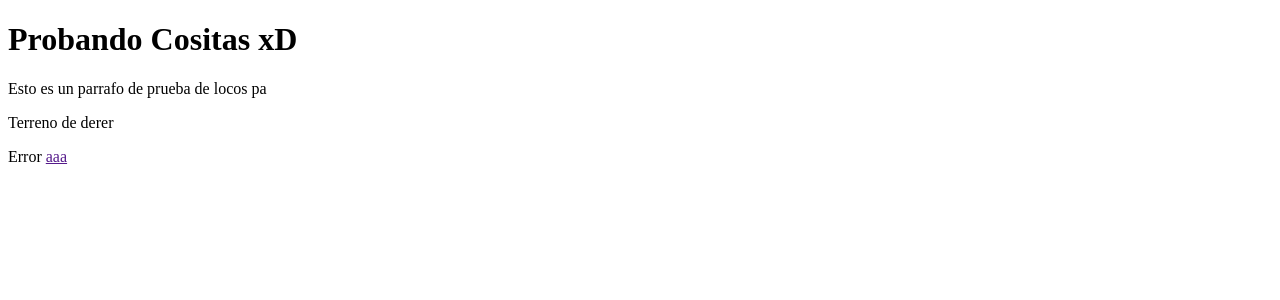
Repository: eschala/Innovadores-Adl_Sep2023
Page: React/react.html
These files come from the project's save history. The page is drawn as it stood at one moment and after a run of saves; the edit follows.
The browser window is 1280 px wide. The pictures show the whole page.

Above is the page before, as saved 2023-12-06 17:32:10.

After the next 3 saves:
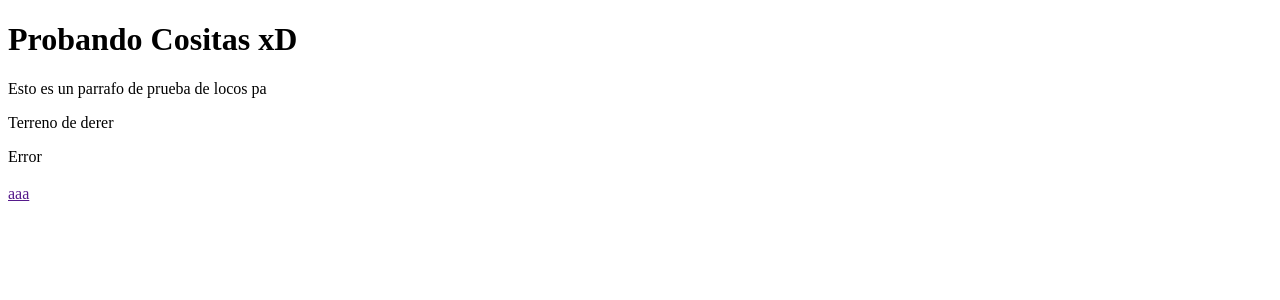
The 3 saves are shown as one change because they came seconds apart.
The last was saved 17 s later.
--- a/React/react.html
+++ b/React/react.html
@@ -11,7 +11,7 @@
     <p class="parrafo">Esto es un parrafo de prueba de locos pa</p>
     <p>Terreno de derer</p>
     <label for="">Error </label>
-
+    <h3 class=""></h3>
 <a href="" type="button" class="button-1">aaa</a>
 </body>
 </html>
